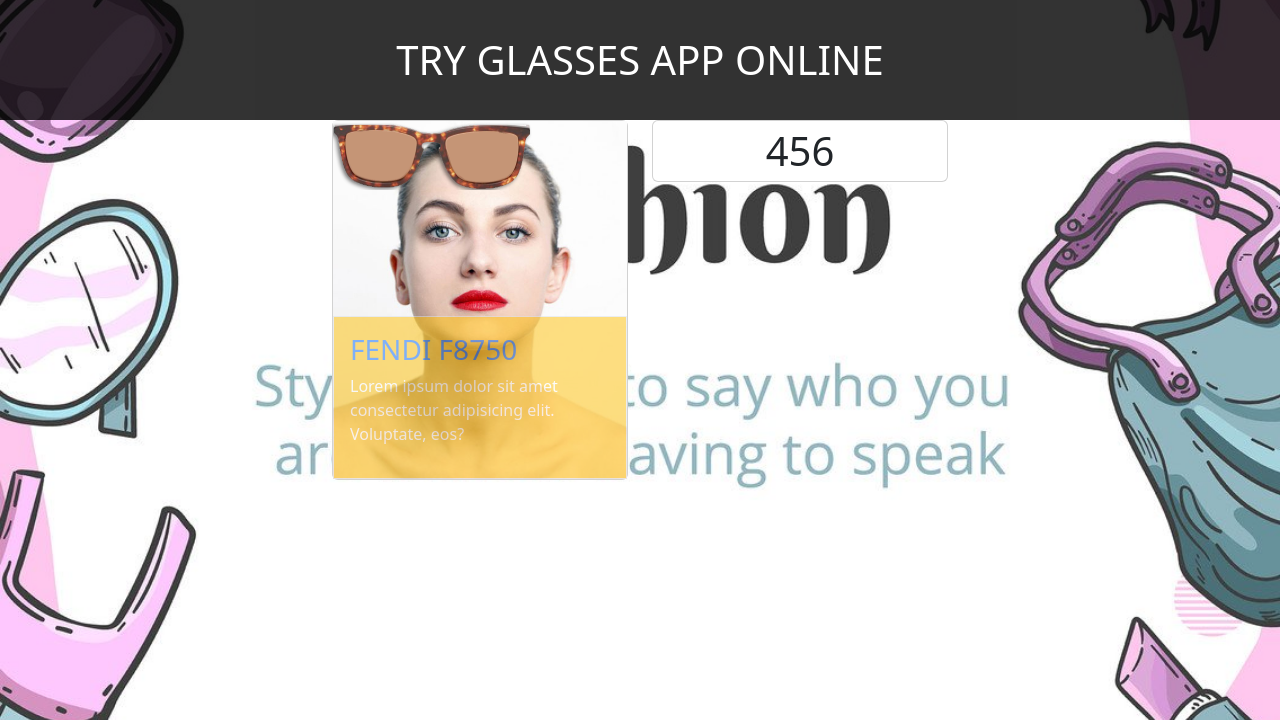
Repository: akira17518/React_JS_Glasses
Page: /
These files come from the project's save history. The page is drawn as it stood at one moment and after the next save; the edit follows.
The browser window is 1280 px wide. The pictures show the whole page.
The project was rebuilt for these pictures with package versions that can differ from the ones it lists, and the page was loaded fresh each time.

Above is the page before, as saved 2023-05-10 10:29:27.

### public/index.html
<!DOCTYPE html>
<html lang="en">

<head>
  <meta charset="utf-8" />
  <link rel="icon" href="%PUBLIC_URL%/favicon.ico" />
  <meta name="viewport" content="width=device-width, initial-scale=1" />
  <meta name="theme-color" content="#000000" />
  <meta name="description" content="Web site created using create-react-app" />
  <link rel="apple-touch-icon" href="%PUBLIC_URL%/logo192.png" />
  <!--
      manifest.json provides metadata used when your web app is installed on a
      user's mobile device or desktop. See https://developers.google.com/web/fundamentals/web-app-manifest/
    -->
  <link rel="manifest" href="%PUBLIC_URL%/manifest.json" />
  <link href="https://cdn.jsdelivr.net/npm/bootstrap@5.3.0-alpha3/dist/css/bootstrap.min.css" rel="stylesheet"
    integrity="sha384-KK94CHFLLe+nY2dmCWGMq91rCGa5gtU4mk92HdvYe+M/SXH301p5ILy+dN9+nJOZ" crossorigin="anonymous">
  <!--
      Notice the use of %PUBLIC_URL% in the tags above.
      It will be replaced with the URL of the `public` folder during the build.
      Only files inside the `public` folder can be referenced from the HTML.

      Unlike "/favicon.ico" or "favicon.ico", "%PUBLIC_URL%/favicon.ico" will
      work correctly both with client-side routing and a non-root public URL.
      Learn how to configure a non-root public URL by running `npm run build`.
    -->
  <title>React App</title>
</head>

<body class="">
  <noscript>You need to enable JavaScript to run this app.</noscript>
  <div id="root"></div>
  <!--
      This HTML file is a template.
      If you open it directly in the browser, you will see an empty page.

      You can add webfonts, meta tags, or analytics to this file.
      The build step will place the bundled scripts into the <body> tag.

      To begin the development, run `npm start` or `yarn start`.
      To create a production bundle, use `npm run build` or `yarn build`.
    -->
  <script src="https://cdn.jsdelivr.net/npm/bootstrap@5.3.0-alpha3/dist/js/bootstrap.bundle.min.js"
    integrity="sha384-ENjdO4Dr2bkBIFxQpeoTz1HIcje39Wm4jDKdf19U8gI4ddQ3GYNS7NTKfAdVQSZe"
    crossorigin="anonymous"></script>
</body>

</html>

### src/index.js
import React from 'react';
import ReactDOM from 'react-dom/client';
import App from './App';

const root = ReactDOM.createRoot(document.getElementById('root'));
root.render(
    <App></App>
);

### src/App.js
import React, { Component } from 'react'
import BaiTapSetState from './BTsetState/BaiTapSetState'
import appCSS from './assets/app.module.css'
export default class App extends Component {
    render() {
        return (
            <div className={`${appCSS.app} vh-100`}>
                <BaiTapSetState></BaiTapSetState>
            </div>
        )
    }
}

### src/BTsetState/BaiTapSetState.jsx
import React, { Component } from 'react'
import HeaderComponent from './HeaderComponent'
import Content from './Content'

export default class extends Component {
  render() {
    return (
      <div>
        <div>
          <HeaderComponent></HeaderComponent>
        </div>
        <div className='w-50 m-auto fs-1 text-center'>
          <Content></Content>
        </div>
      </div>
    )
  }
}

### src/assets/app.module.css
.app {
    background:  url(../../public/img/background.jpg);
    background-position: center;
    background-repeat: no-repeat;
    background-size: cover;
}

### src/BTsetState/HeaderComponent.jsx
import React, { Component } from 'react'
import headerStyle from '../assets/header.module.css'
export default class HeaderComponent extends Component {
    render() {
        return (
            <div className={`${headerStyle.header}`}>TRY GLASSES APP ONLINE</div>
        )
    }
}

### src/BTsetState/Content.jsx
import React, { Component } from 'react'

export default class Content extends Component {
  render() {
    return (
      <div className='container'>
        <div className="top-model">
          <div className="row">
            <div className="col-6">
              <div className='card-left card position relative'>
              <img src="./img/v7.png" alt=""  className='position-absolute' width={200}/>
                <img src="./img/model.jpg" alt="" />
                <div className="card-body fs-6 text-start position-absolute bottom-0 end-0 start-0 opacity-50 bg-warning border">
                  <h3 className='text-primary'>FENDI F8750</h3>
                  <p className='text-white'>Lorem ipsum dolor sit amet consectetur adipisicing elit. Voluptate, eos?</p>
                </div>
              </div>
            </div>
            <div className="col-6">
              <div className='card-right card'>
                <img src="" alt="" />
                456
              </div>
            </div>
          </div>
        </div>

      </div>
    )
  }
}

### src/assets/header.module.css
.header {
    background-color: black;
    opacity: 0.8;
    color: #fff;
    text-align: center;
    font-size: 40px;
    padding: 30px;
}

After the next save:
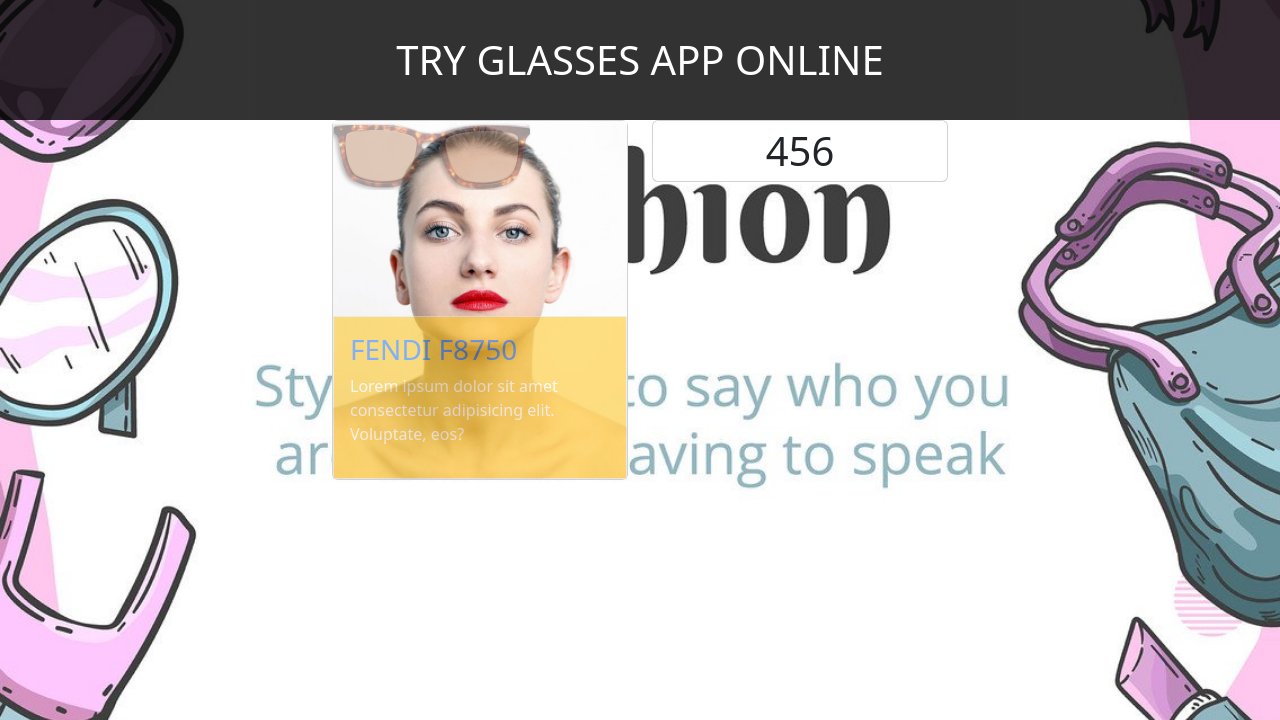
Saved 5 s later.
--- a/src/BTsetState/Content.jsx
+++ b/src/BTsetState/Content.jsx
@@ -8,7 +8,7 @@
           <div className="row">
             <div className="col-6">
               <div className='card-left card position relative'>
-              <img src="./img/v7.png" alt=""  className='position-absolute' width={200}/>
+              <img src="./img/v7.png" alt=""  className='position-absolute opacity-50' width={200}/>
                 <img src="./img/model.jpg" alt="" />
                 <div className="card-body fs-6 text-start position-absolute bottom-0 end-0 start-0 opacity-50 bg-warning border">
                   <h3 className='text-primary'>FENDI F8750</h3>
